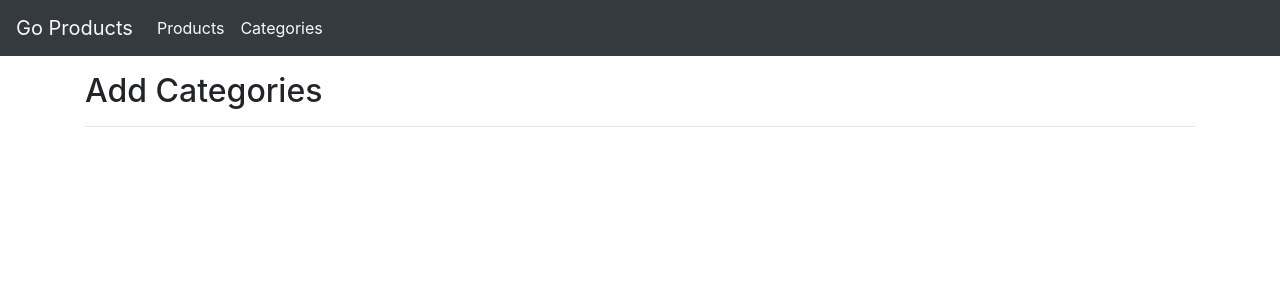
Repository: Nouthemoran/go-web-native-crud
Page: views/category/create.html
An editor plug-in stored every save of this project. The page is shown before and after the next save, followed by the edit.
The browser window is 1280 px wide. The pictures show the whole page.

Above is the page before, as saved 2023-10-05 15:08:48.

After the next save:
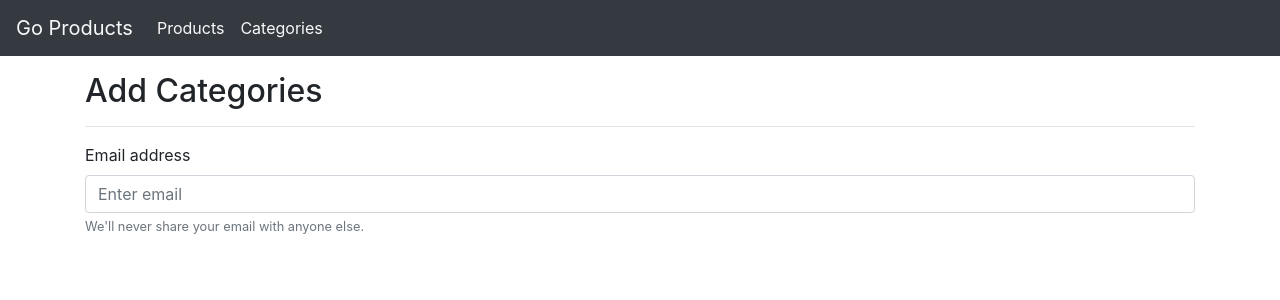
Saved 2 min 57 s later.
--- a/views/category/create.html
+++ b/views/category/create.html
@@ -35,7 +35,11 @@
         <hr>
 
         <form action="/categories/create" method="POST">
-
+            <div class="form-group">
+                <label for="exampleInputEmail1">Email address</label>
+                <input type="email" class="form-control" id="exampleInputEmail1" aria-describedby="emailHelp" placeholder="Enter email">
+                <small id="emailHelp" class="form-text text-muted">We'll never share your email with anyone else.</small>
+              </div>
         </form>
     </div>
 
